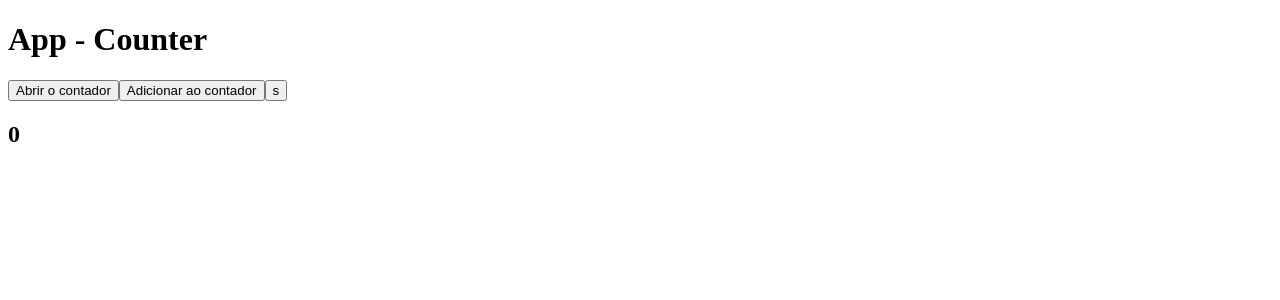
Repository: AlanRei/Counter
Page: /, after clicking the first element matching `button`
These files come from the project's save history. The page is drawn as it stood at one moment and after the next save; the edit follows.
The browser window is 1280 px wide. The pictures show the whole page.
The project was rebuilt for these pictures with package versions that can differ from the ones it lists, and the page was loaded fresh each time. The framework's server and built-in components were replaced by stand-ins that run in the browser. Also part of the build but not shown: next.config.js.

Above is the page before, as saved 2021-12-15 13:33:32.

### src/pages/index.js
import Head from 'next/head'
import { useState } from 'react'

export default function Home() {
  const [isOpen, setIsOpen] = useState(false)
  const [counter, setCounter] = useState(0)

  const handleOpenCounter = () => {
    setIsOpen(true)
  }

  const handleAddCounter = () => {
    setCounter(counter + 1)
  }

  return (
    <>
      <Head>
        <title>App - Counter</title>
      </Head>
      <h1>App - Counter</h1>

      <button onClick={handleOpenCounter}>Abrir o contador</button>
      {isOpen && (
        <button onClick={handleAddCounter}>Adicionar ao contador</button>
      )}

      {isOpen && <button>s</button>}

      <h2>{counter}</h2>
    </>
  )
}

Loaded but not shown: src/pages/_app.js (common file)

After the next save:
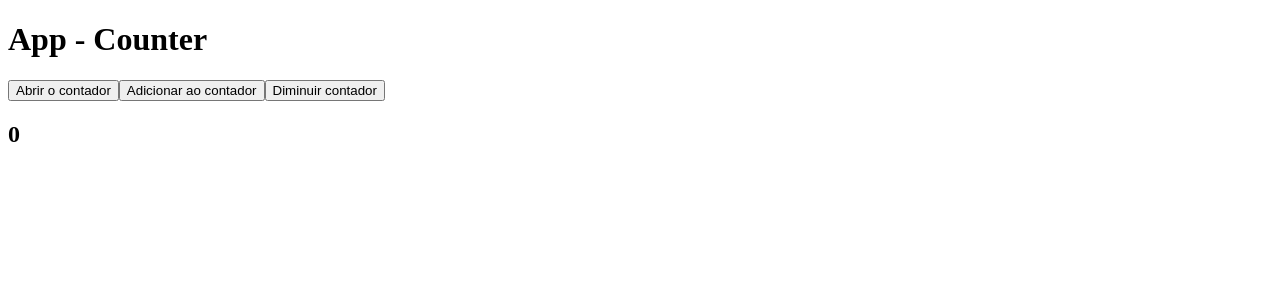
Saved 70 s later.
--- a/src/pages/index.js
+++ b/src/pages/index.js
@@ -25,7 +25,7 @@ export default function Home() {
         <button onClick={handleAddCounter}>Adicionar ao contador</button>
       )}
 
-      {isOpen && <button>s</button>}
+      {isOpen && <button>Diminuir contador</button>}
 
       <h2>{counter}</h2>
     </>
